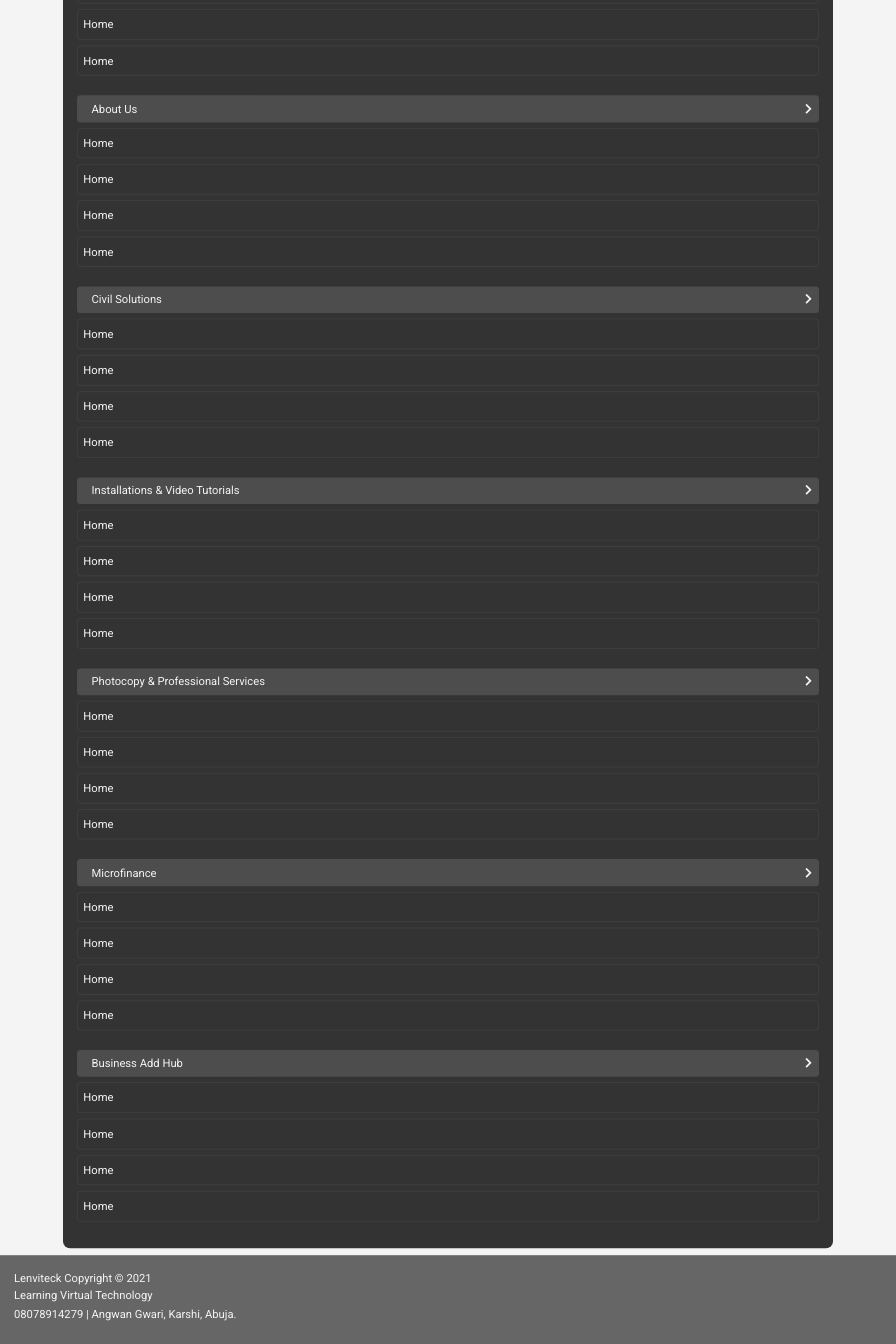
Repository: mxhdiqaim/lenviteck
Page: dist/index.html
These files come from the project's save history. The page is drawn as it stood at one moment and after the next save; the edit follows.
The browser window is 1280 px wide. The pictures show the part of the page from y = 1353 to 3273 px (the page is 3273 px tall), at 70% of full size.
Some web libraries are served in a nearby version. The style sheet was rebuilt from its Sass, Less or Tailwind sources for each picture, by a compiler version that may differ from the author's.

Above is the page before, as saved 2021-04-15 16:43:46.

### dist/index.html
<!DOCTYPE html>
<html lang="en">
<head>
    <meta charset="UTF-8">
    <meta http-equiv="X-UA-Compatible" content="IE=edge">
    <meta name="viewport" content="width=device-width, initial-scale=1.0">
    <link rel="stylesheet" href="./styles/main.css">
    <link rel="stylesheet" href="https://pro.fontawesome.com/releases/v5.10.0/css/all.css"
    integrity="sha384-AYmEC3Yw5cVb3ZcuHtOA93w35dYTsvhLPVnYs9eStHfGJvOvKxVfELGroGkvsg+p" crossorigin="anonymous" />
    <title>Shop Name</title>
</head>
<body>

  <section class="content">
    <nav class="navbar bg-dark">
        <div class="logo">
            <h1>Lenviteck  <span>|</span></h1>
        </div>
    </nav>


    <section class="container section-1">
       <div class="works-list">
           <a href="#" class="btn btn-block" >Training Institute</a> <span><i class="fas fa-chevron-right"></i></span> </a>
           <ul>
               <li class="card"><a href="#">Home</a></li>
               <li class="card"><a href="#">Home</a></li>
               <li class="card"><a href="#">Home</a></li>
               <li class="card"><a href="#">Home</a></li>
           </ul>
       </div>
       <div class="works-list">
            <a href="#" class="btn btn-block" >Stores<span><i class="fas fa-chevron-right"></i></span> </a>
            <ul>
                <li class="card"><a href="#">Home</a></li>
                <li class="card"><a href="#">Home</a></li>
                <li class="card"><a href="#">Home</a></li>
                <li class="card"><a href="#">Home</a></li>
            </ul>
        </div>
        <div class="works-list">
            <a href="#" class="btn btn-block" >High Digital Print<span><i class="fas fa-chevron-right"></i></span> </a>
            <ul>
                <li class="card"><a href="#">Home</a></li>
                <li class="card"><a href="#">Home</a></li>
                <li class="card"><a href="#">Home</a></li>
                <li class="card"><a href="#">Home</a></li>
            </ul>
        </div>

        <div class="works-list">
            <a href="#" class="btn btn-block" >Catalog<span><i class="fas fa-chevron-right"></i></span> </a>
            <ul>
                <li class="card"><a href="#">Home</a></li>
                <li class="card"><a href="#">Home</a></li>
                <li class="card"><a href="#">Home</a></li>
                <li class="card"><a href="#">Home</a></li>
            </ul>
        </div>
        <div class="works-list">
            <a href="#" class="btn btn-block" >Contact Us<span><i class="fas fa-chevron-right"></i></span> </a>
            <ul>
                <li class="card"><a href="#">Home</a></li>
                <li class="card"><a href="#">Home</a></li>
                <li class="card"><a href="#">Home</a></li>
                <li class="card"><a href="#">Home</a></li>
            </ul>
        </div>
        <div class="works-list">
            <a href="#" class="btn btn-block" >About Us<span><i class="fas fa-chevron-right"></i></span> </a>
            <ul>
                <li class="card"><a href="#">Home</a></li>
                <li class="card"><a href="#">Home</a></li>
                <li class="card"><a href="#">Home</a></li>
                <li class="card"><a href="#">Home</a></li>
            </ul>
        </div>
        <div class="works-list">
            <a href="#" class="btn btn-block" >Civil Solutions<span><i class="fas fa-chevron-right"></i></span> </a>
            <ul>
                <li class="card"><a href="#">Home</a></li>
                <li class="card"><a href="#">Home</a></li>
                <li class="card"><a href="#">Home</a></li>
                <li class="card"><a href="#">Home</a></li>
            </ul>
        </div>
        <div class="works-list">
            <a href="#" class="btn btn-block" >Installations & Video Tutorials<span><i class="fas fa-chevron-right"></i></span> </a>
            <ul>
                <li class="card"><a href="#">Home</a></li>
                <li class="card"><a href="#">Home</a></li>
                <li class="card"><a href="#">Home</a></li>
                <li class="card"><a href="#">Home</a></li>
            </ul>
        </div>
        <div class="works-list">
            <a href="#" class="btn btn-block" >Photocopy & Professional Services<span><i class="fas fa-chevron-right"></i></span> </a>
            <ul>
                <li class="card"><a href="#">Home</a></li>
                <li class="card"><a href="#">Home</a></li>
                <li class="card"><a href="#">Home</a></li>
                <li class="card"><a href="#">Home</a></li>
            </ul>
        </div>
        <div class="works-list">
            <a href="#" class="btn btn-block" >Microfinance<span><i class="fas fa-chevron-right"></i></span> </a>
            <ul>
                <li class="card"><a href="#">Home</a></li>
                <li class="card"><a href="#">Home</a></li>
                <li class="card"><a href="#">Home</a></li>
                <li class="card"><a href="#">Home</a></li>
            </ul>
        </div>
        <div class="works-list">
            <a href="#" class="btn btn-block" >Business Add Hub<span><i class="fas fa-chevron-right"></i></span> </a>
            <ul>
                <li class="card"><a href="#">Home</a></li>
                <li class="card"><a href="#">Home</a></li>
                <li class="card"><a href="#">Home</a></li>
                <li class="card"><a href="#">Home</a></li>
            </ul>
        </div>
    </section>
</section>
    <footer>

        <p id="copy"></p>
    </footer>

    <script>

        const date = new Date().getFullYear();

        document.getElementById("copy").innerHTML = `Lenviteck Copyright &copy; ${date} <br/>Learning Virtual Technology <br /> 08078914279 | Angwan Gwari, Karshi, Abuja.`;
    </script>
</body>
</html>

### dist/styles/main.scss
// Import
@import url('https://fonts.googleapis.com/css?family=Roboto');

// Global variables
$primary-color: #dc3545;
$dark-color: #333333;
$light-color: #f4f4f4;
$danger-color: #dc3545;
$success-color: #28a745;

// Functions
@function set-text-color($color) {
  @if (lightness($color) > 40) {
    @return #000;
  } @else {
    @return #fff;
  }
}

* {
  padding: 0;
  margin: 0;
  box-sizing: border-box;
}

body {
  font-family: 'Roboto', sans-serif;
  font-size: 1rem;
  line-height: 1.6;
  color: set-text-color($light-color);
  background: $light-color;
}


a {
  color: set-text-color($light-color);
  text-decoration: none;
}

ul {
  list-style: none;
}

img {
  width: 100%;
}

.container {
  max-width: 1100px;
  margin: auto;
  overflow: hidden;
  padding: 0 2rem;
}

.section-1 {
  padding: 20px 10px;
  background: $dark-color;
  color: $light-color;
  margin: 10px auto;
  border-radius: 10px;
  // height: calc(100vh - 100px);
  margin-top: 70px;

  .works-list {
    padding: 10px;
    width: 100%;
    transition: all .3s ease;

    ul li a {
      color: $light-color;
      transition: color .3s ease;

      &:hover {
        color: darken($light-color, 10);
      }
    }
  }
}

// cards
.card {
  padding: .5rem;
  border: #444 1px solid;
  border-radius: 5px;
  margin: 0.5rem 0;
}

.btn {
  display: inline-block;
  background: light-color;
  border-radius: 5px;
  padding: 0.4rem 1.3rem;
  font-size: 1rem;
  border: none;
  cursor: pointer;
  margin-right: 0.5rem;
  transition: opacity 0.2s ease-in;
  outline: none;
  background-color: lighten($dark-color, 10);
  color: $light-color;
  display: block;
  width: 100%;
  position: relative;

  span {
    position: absolute;
    right: 10px;
  }
}

.btn:hover {
  background-color: lighten($dark-color, 15);
}

input {
  margin: 1.2rem 0;
}

.btn-primary,
.bg-primary,
.badge-primary,
.alert-primary {
  background: $primary-color;
  color: #fff;
}

.btn-light,
.bg-light,
.badge-light,
.alert-light {
  background: $light-color;
  color: #333;
}

.btn-dark,
.bg-dark,
.badge-dark,
.alert-dark {
  background: $dark-color;
  color: #fff;
}

.btn-danger,
.bg-danger,
.badge-danger,
.alert-danger {
  background: $danger-color;
  color: #fff;
}

.btn-success,
.bg-success,
.badge-success,
.alert-success {
  background: $success-color;
  color: #fff;
}

.btn-white,
.bg-white,
.badge-white,
.alert-white {
  background: #fff;
  color: #333;
  border: #ccc solid 1px;
}



.bg-light,
.badge-light {
  border: #ccc solid 1px;
}

.navbar {
  display: flex;
  justify-content: space-between;
  align-items: center;
  padding: 0.7rem 2rem;
  z-index: 1;
  width: 100%;
  background: $dark-color;
  opacity: 0.9;
  color: $light-color;
  margin-bottom: 1rem;
  position: fixed;
  top: 0;
}

.navbar ul {
  display: flex;
}

.navbar a {
  color: #fff;
  padding: 0.45rem;
  margin: 0 0.25rem;
}

.navbar a:hover {
  color: $light-color;
}


// Footer
footer {
  background: lighten($dark-color, 20);
  display: flex;
  flex-direction: column;
  justify-content: center;
  align-items: flex-start;
  color: $light-color;
  padding: 20px;

  ul {
    display: flex;

    li {
      margin: 10px;

      a {
        transition: all .3s ease;
        color: $light-color;

        &:hover {
          color: darken($light-color, 10);
        }
      }

    }
  }

  p {
    margin-bottom: 10px;
  }
}

// Media Query
@media (max-width: 700px) {
  .hide-sm {
    display: none;
  }

  /* Navbar */
  .navbar {
    display: block;
  }

  .navbar ul {
    text-align: center;
    justify-content: center;
  }
}

After the next save:
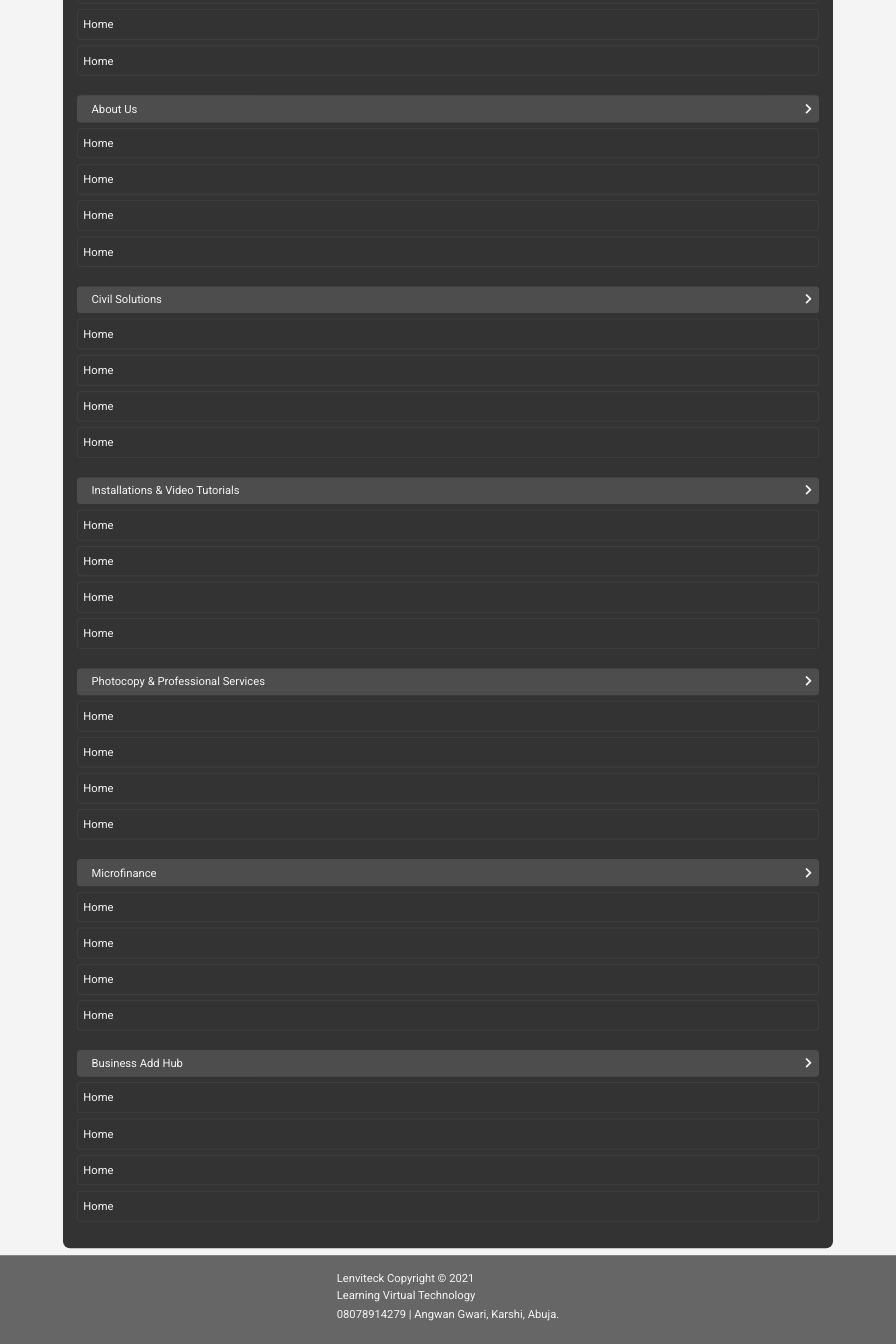
Saved 25 s later.
--- a/dist/index.html
+++ b/dist/index.html
@@ -123,8 +123,9 @@
     </section>
 </section>
     <footer>
-
-        <p id="copy"></p>
+       <div class="container">
+           <p id="copy"></p>
+       </div>
     </footer>
 
     <script>

After the 2 saves that followed:
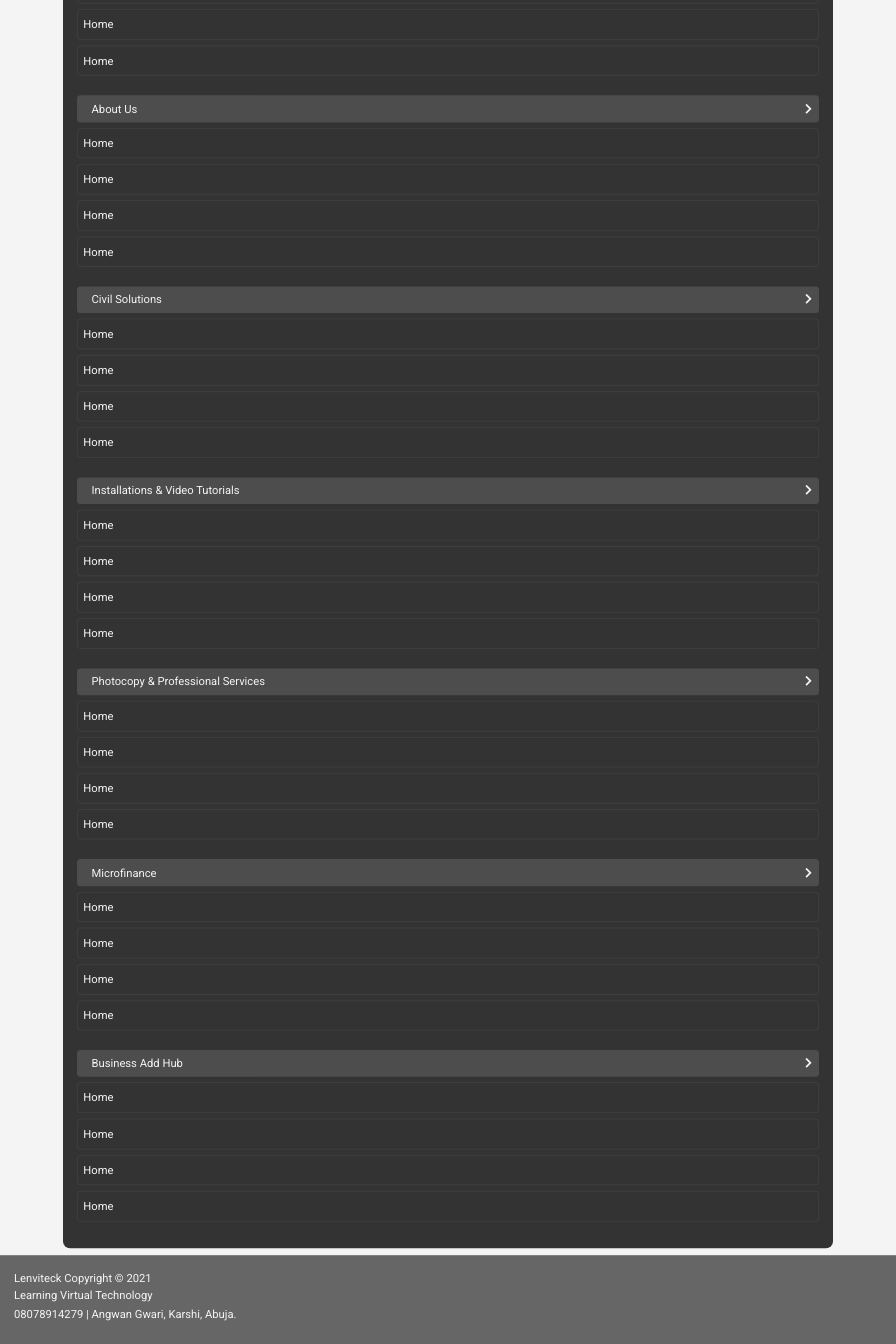
The 2 saves are shown as one change because 1 left the picture as it was.
The last was saved 18 s later.
--- a/dist/index.html
+++ b/dist/index.html
@@ -123,7 +123,7 @@
     </section>
 </section>
     <footer>
-       <div class="container">
+       <div class="container-1">
            <p id="copy"></p>
        </div>
     </footer>
--- a/dist/styles/main.scss
+++ b/dist/styles/main.scss
@@ -207,7 +207,7 @@ footer {
   background: lighten($dark-color, 20);
   display: flex;
   flex-direction: column;
-  justify-content: center;
+  justify-content: flex-start;
   align-items: flex-start;
   color: $light-color;
   padding: 20px;
